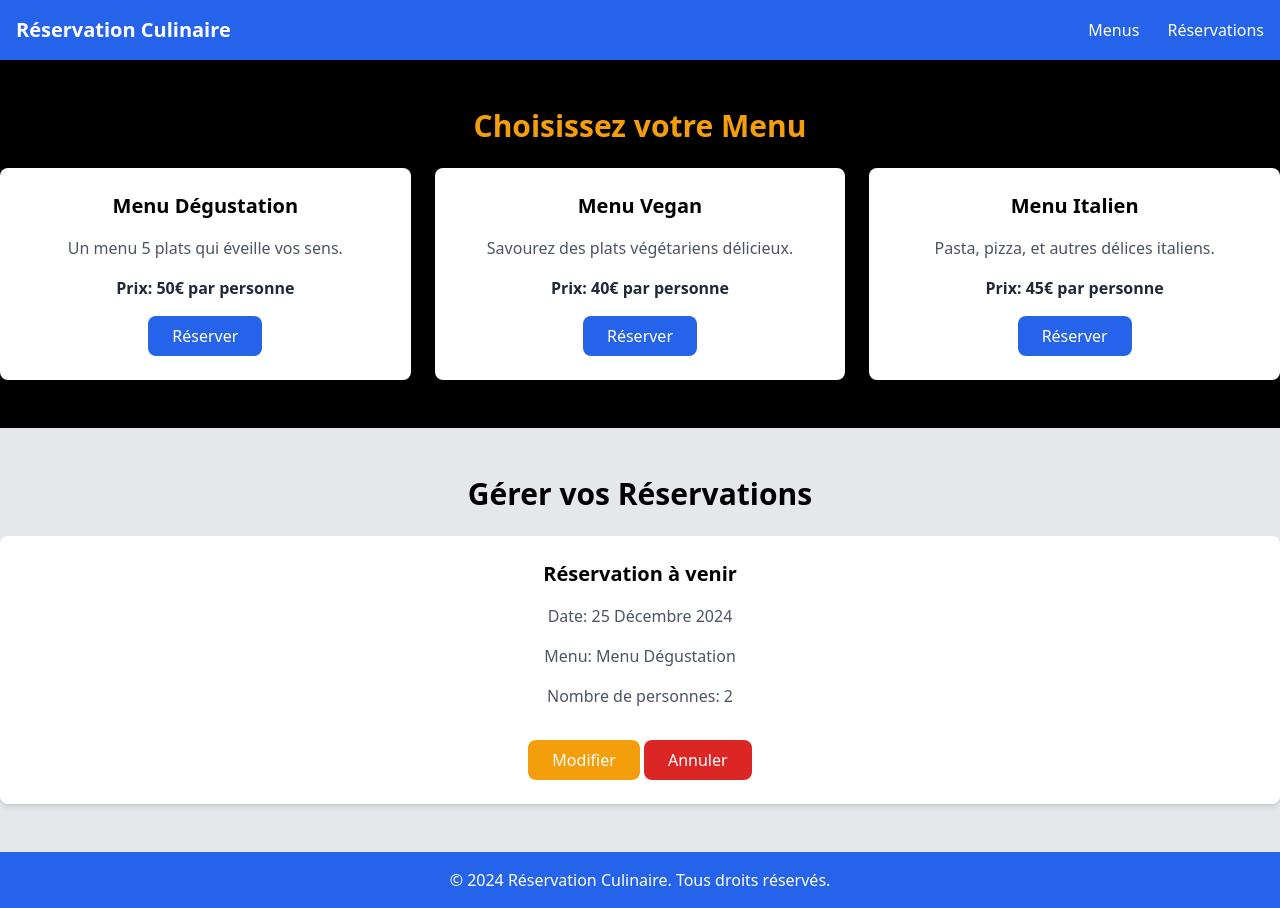
Repository: HamzaChehlaoui/Site-Web-pour-un-Chef-Cuisinier
Page: http://localhost/menuutil.php
An editor plug-in stored every save of this project. The page is shown before and after the next save, followed by the edit.
The browser window is 1280 px wide. The pictures show the whole page.
The page is run by PHP 8.4 with error messages shown; the project is at /var/www/html/.

Above is the page before, as saved 2024-12-18 16:51:31.

### menuutil.php
<!DOCTYPE html>
<html lang="fr">
<head>
    <meta charset="UTF-8">
    <meta name="viewport" content="width=device-width, initial-scale=1.0">
    <title>Réservation d'Expérience Culinaire</title>
    <link href="https://cdn.jsdelivr.net/npm/tailwindcss@2.2.19/dist/tailwind.min.css" rel="stylesheet">
</head>
<body class="bg-black font-sans">

    <!-- Navbar -->
    <header class="bg-blue-600 text-white p-4">
        <div class="max-w-7xl mx-auto flex justify-between items-center">
            <h1 class="text-xl font-semibold">Réservation Culinaire</h1>
            <nav class="space-x-6">
                <a href="#menus" class="hover:text-gray-300">Menus</a>
                <a href="#reservations" class="hover:text-gray-300">Réservations</a>
            </nav>
        </div>
    </header>

    <!-- Menu Section -->
    <section id="menus" class="py-12">
        <div class="max-w-7xl mx-auto text-center">
            <h2 class="text-3xl font-bold mb-6 text-yellow-500">Choisissez votre Menu</h2>
            <div class="grid grid-cols-1 sm:grid-cols-2 lg:grid-cols-3 gap-6">
                <!-- Menu 1 -->
                <div class="bg-white p-6 rounded-lg shadow-md">
                    <h3 class="text-xl font-semibold mb-4">Menu Dégustation</h3>
                    <p class="text-gray-600 mb-4">Un menu 5 plats qui éveille vos sens.</p>
                    <p class="text-gray-800 font-semibold">Prix: 50€ par personne</p>
                    <button class="mt-4 px-6 py-2 bg-blue-600 text-white rounded-lg hover:bg-blue-700">Réserver</button>
                </div>
                <!-- Menu 2 -->
                <div class="bg-white p-6 rounded-lg shadow-md">
                    <h3 class="text-xl font-semibold mb-4">Menu Vegan</h3>
                    <p class="text-gray-600 mb-4">Savourez des plats végétariens délicieux.</p>
                    <p class="text-gray-800 font-semibold">Prix: 40€ par personne</p>
                    <button class="mt-4 px-6 py-2 bg-blue-600 text-white rounded-lg hover:bg-blue-700">Réserver</button>
                </div>
                <!-- Menu 3 -->
                <div class="bg-white p-6 rounded-lg shadow-md">
                    <h3 class="text-xl font-semibold mb-4">Menu Italien</h3>
                    <p class="text-gray-600 mb-4">Pasta, pizza, et autres délices italiens.</p>
                    <p class="text-gray-800 font-semibold">Prix: 45€ par personne</p>
                    <button class="mt-4 px-6 py-2 bg-blue-600 text-white rounded-lg hover:bg-blue-700">Réserver</button>
                </div>
            </div>
        </div>
    </section>

    <!-- Reservation Section -->
    <section id="reservations" class="py-12 bg-gray-200">
        <div class="max-w-7xl mx-auto text-center">
            <h2 class="text-3xl font-bold mb-6">Gérer vos Réservations</h2>

            <div class="bg-white p-6 rounded-lg shadow-md">
                <h3 class="text-xl font-semibold mb-4">Réservation à venir</h3>
                <p class="text-gray-600 mb-4">Date: 25 Décembre 2024</p>
                <p class="text-gray-600 mb-4">Menu: Menu Dégustation</p>
                <p class="text-gray-600 mb-4">Nombre de personnes: 2</p>
                <button class="mt-4 px-6 py-2 bg-yellow-500 text-white rounded-lg hover:bg-yellow-600">Modifier</button>
                <button class="mt-4 px-6 py-2 bg-red-600 text-white rounded-lg hover:bg-red-700">Annuler</button>
            </div>
        </div>
    </section>

    <!-- Footer -->
    <footer class="bg-blue-600 text-white text-center py-4">
        <p>&copy; 2024 Réservation Culinaire. Tous droits réservés.</p>
    </footer>

</body>
</html>

After the next save:
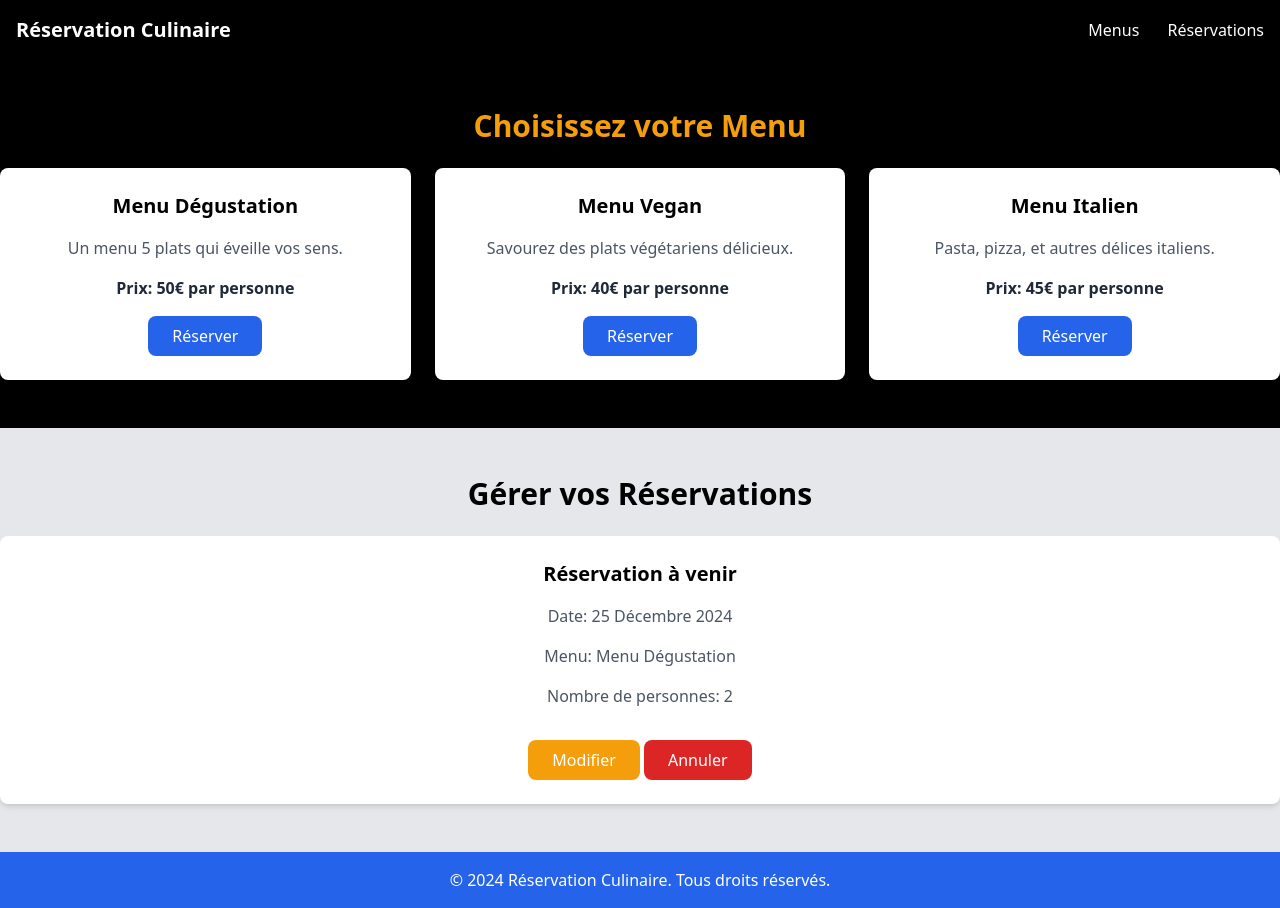
Saved 30 s later.
--- a/menuutil.php
+++ b/menuutil.php
@@ -9,7 +9,7 @@
 <body class="bg-black font-sans">
 
     <!-- Navbar -->
-    <header class="bg-blue-600 text-white p-4">
+    <header class="bg-black text-white p-4">
         <div class="max-w-7xl mx-auto flex justify-between items-center">
             <h1 class="text-xl font-semibold">Réservation Culinaire</h1>
             <nav class="space-x-6">
